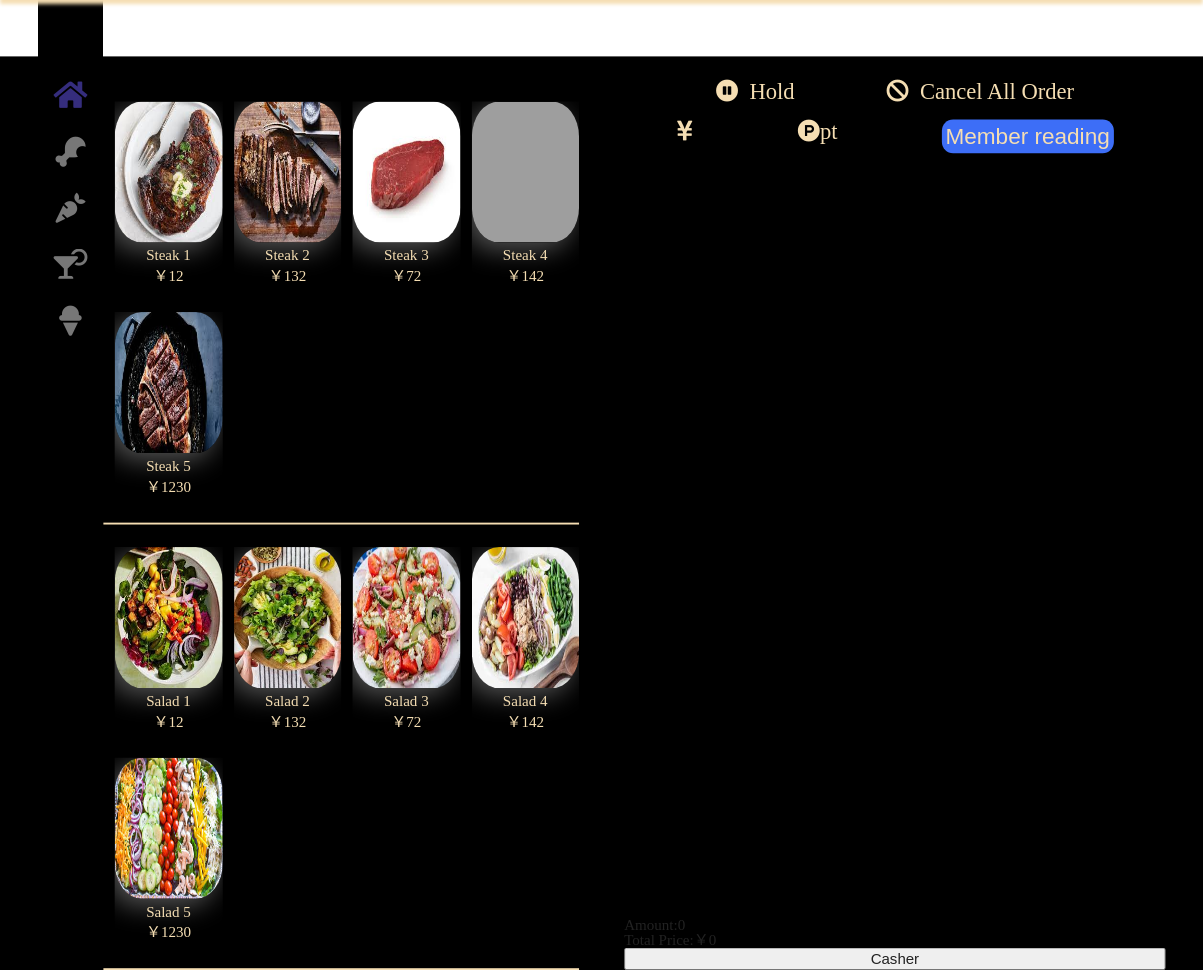
Repository: vuhungson158/Menu
Page: /
The author's editor kept a copy of each file at every save. The page is drawn from the files as they stood at one save, then again after the next save.
The browser window is 1280 px wide. The pictures show the whole page, at 94% of full size.
Pictures or frames that could not be fetched are drawn as grey boxes. The project was rebuilt for these pictures with package versions that can differ from the ones it lists, and the page was loaded fresh each time. Also part of the build but not shown: src/component/mainMenu/orderBlock/orderContent/OrderedItem.jsx, src/redux-store/actions/HoldActions.jsx, src/component/mainMenu/orderBlock/utilities/HoldItem.jsx.

Above is the page before, as saved 2021-08-22 10:22:43.

After the next save:
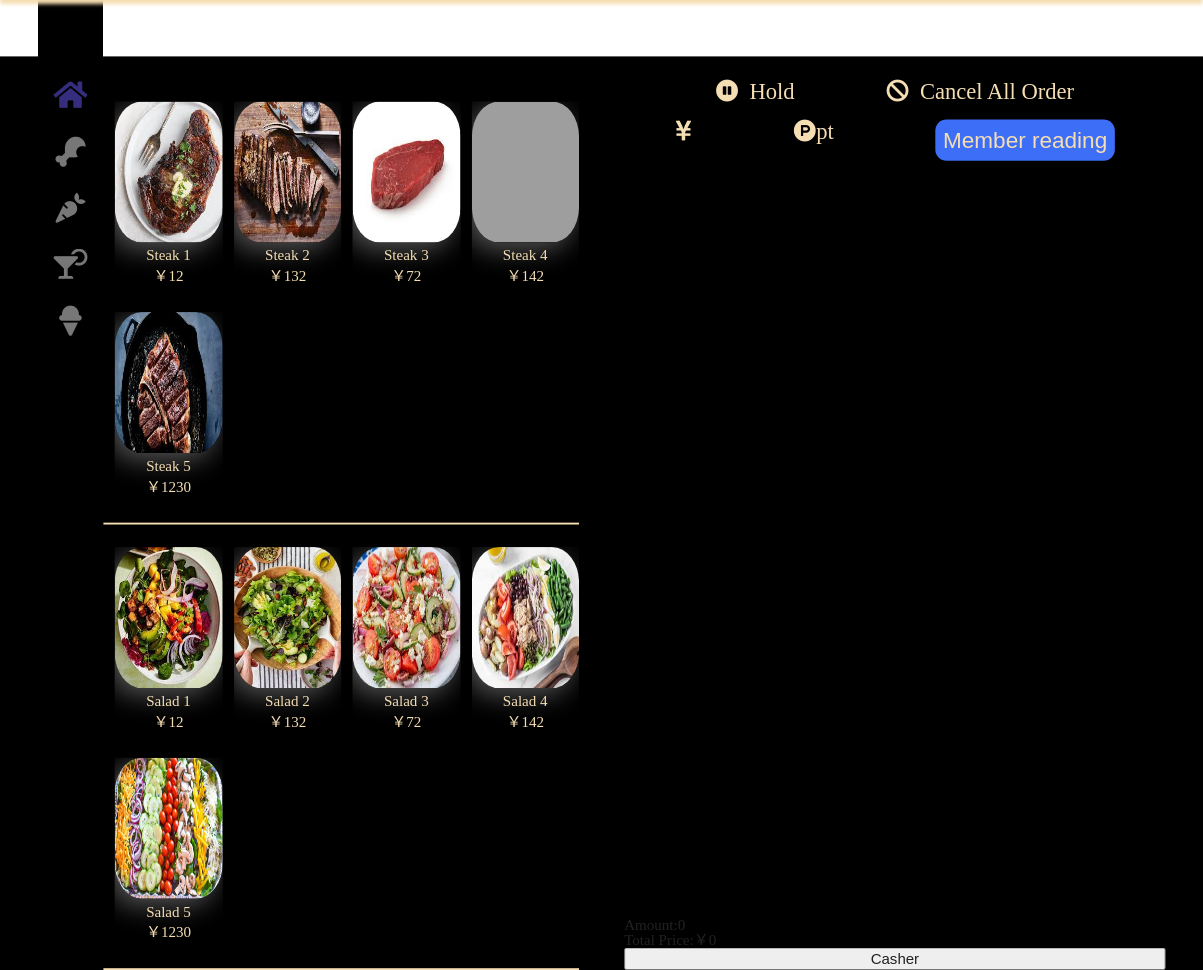
Saved 5 s later.
--- a/src/styles/App.scss
+++ b/src/styles/App.scss
@@ -322,7 +322,7 @@ body {
                         border: 0;
                         background-color: $background-color_4th;
                         color: $color_1st;
-                        padding: 4px;
+                        padding: 8px;
                     }
                 }
                 #order-list {
